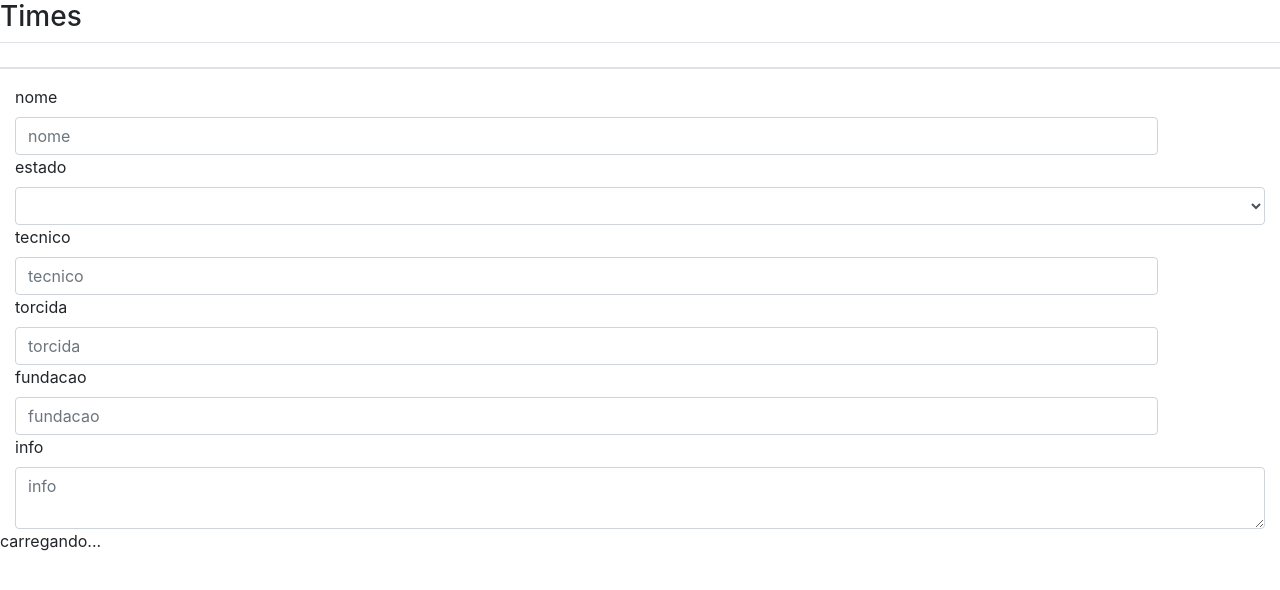
Repository: ecrseer/vuesheetpost
Page: /
The author's editor kept a copy of each file at every save. The page is drawn from the files as they stood at one save, then again after the next save.
The browser window is 1280 px wide. The pictures show the whole page.
The page's requests for data from a server got no answer. The project was rebuilt for these pictures with package versions that can differ from the ones it lists, and the page was loaded fresh each time. No one was signed in, and anything a server would have sent is missing. Also part of the build but not shown: vite.config.js, vue.config.js.

Above is the page before, as saved 2021-08-23 16:26:26.

### src/App.vue
<template>
  <main class="">
    <h3>Times</h3>
  <div>
    <!-- <table>
      <thead>
      <tr>
        <th>Nome</th>
        <th>Estado</th>
        <th>Torcida</th>
        <th>Ano</th>
        <th>info</th>
      </tr>
      </thead>
      <tbody>
      <tr v-for="(time, index) in times" v-bind:key="index">
        <td>{{ time.nome }}</td>
        <td>{{ time.estado }}</td>
        <td>{{ time.torcida }}</td>
        <td>{{ time.fundacao_ano }}</td>
        <td>{{ time.info }}</td>
        <td>
          <button @click="editar(time)">editar</button>
        </td>
        <td>
          <span v-if="carregando">carregando</span>
          <button v-else @click="apagar(time, index)">apagar</button>
        </td>
      </tr>
      </tbody>
    </table> -->
    <TabelaMarota v-bind:lista="times"
    v-on:edicao="editar"
    v-on:deletar="apagar"
    ></TabelaMarota>
  </div>


  <div>

    <Campo nome="nome" v-model="time.nome"></Campo>
    <CampoDropDown nome="estado" v-model="time.estado"
    :itens="estados"></CampoDropDown>
    <Campo nome="tecnico" v-model="time.tecnico"></Campo>
    <Campo nome="torcida" tipo="number" v-model="time.torcida"></Campo>
    <Campo nome="fundacao" tipo="number" v-model="time.fundacao_ano"></Campo>
    <CampoText tipo="texto" nome="info" v-model="time.info"></CampoText>

    <span v-if="carregando">carregando...</span>
    <button
    class="btn btn-success"
     v-else @click="salvar">salvar</button>
  </div>
  </main>

</template>


<script>
// todo:
// atualizar lista superior
// limpar campos depois de salvar
// estados como drop-down
// torcida tem q ser do tipo number
// fundacao do tipo number
// info tem q ser um textarea

// transformar a listagem de times em uma tabela
// excluir
// editar um time

import Campo from './components/Campo.vue'
import axios from 'axios'
import CampoDropDown from './components/CampoDropDown.vue'
import CampoText from './components/CampoText.vue'
import TabelaMarota from './components/TabelaMarota.vue'

let timeNovo = () => {
  return {
    'id': 'INCREMENT',
    'nome': '',
    'estado': '',
    'tecnico': '',
    'torcida': '',
    'fundacao_ano': '',
    'info': ''
  }
}

export default {
  components: {TabelaMarota, CampoText, CampoDropDown, Campo},
  data() {
    return {
      time: timeNovo(),
      times: [],
      carregando: true,
      editando: false,
      estados: [
        'RJ',
        'SP',
        'RS',
      ]
    }
  },
  methods: {
    salvar() {
      this.carregando = true
      if (this.editando) {
        axios.put(
            `https://sheetdb.io/api/v1/${import.meta.env.VITE_TABELA_GJ}/id/${this.time.id}`,
            {data: [this.time]}
        ).then(() => {
          Object.assign(this.editando, this.time)
          this.time = timeNovo()
          this.carregando = false
          this.editando = false
        })
      } else {
        axios.post(
            `https://sheetdb.io/api/v1/${import.meta.env.VITE_TABELA_GJ}`,
            {data: [this.time]}
        ).then(() => {
          this.times.push(this.time)
          this.time = timeNovo()
          this.carregando = false
        })
      }
    },
    apagar(time, index) {
      console.log(time)
      console.log(index)
      this.carregando = true
      axios.delete(`https://sheetdb.io/api/v1/${import.meta.env.VITE_TABELA_GJ}/id/${time.id}`).then(() => {
        this.times.splice(index, 1)
        this.carregando = false
      })
    },
    editar(time) {
      this.editando = time
      this.time = {...time}
    }
  },
  mounted() {
    this.carregando = true
    axios.get(`https://sheetdb.io/api/v1/${import.meta.env.VITE_TABELA_GJ}`).then(({data}) => {
      this.times = data
      this.carregando = false
    })
  }
}
</script>

<style>
@import "https://stackpath.bootstrapcdn.com/bootstrap/4.3.1/css/bootstrap.min.css";


</style>

### src/components/Campo.vue
<template>
  <div class="col-11">
    <label :for="nome" class="form-label">{{ nome }}</label>
    <input v-bind:type="tipocampo"
           class="form-control"
           :id="nome"
           :placeholder="nome"
           :value="modelValue"
           @input="$emit('update:modelValue', $event.target.value)">
  </div>
</template>

<script>
export default {
  name: 'Campo',
  emits: ['update:modelValue'],
  props: ['tipocampo' ,'nome', 'modelValue'],
  methods: {
    atualizar(){
      this.$emit('bombom')
    }
  }
}
</script>

<style scoped>
</style>

### src/components/CampoDropDown.vue
<template>
  <div class="col-12">
    <label :for="nome" class="form-label">{{ nome }}</label>
    <select
      class="form-control"
      :id="nome"
      :placeholder="nome"
      :value="modelValue"
      @input="$emit('update:modelValue', $event.target.value)">
      <option v-for="item in itens" :key="item" :value="item">{{ item }}</option>
    </select>
  </div>
</template>

<script>
export default {
  name: 'CampoDropDown',
  emits: ['update:modelValue'],
  props: ['nome', 'modelValue', 'itens'],
  methods: {
    atualizar() {
      this.$emit('bombom')
    }
  }
}
</script>

<style scoped>

</style>

### src/components/CampoText.vue
<template>
  <div class="col-12">
    <label :for="nome" class="form-label">{{ nome }}</label>
    <textarea
      class="form-control"
      :id="nome"
      :placeholder="nome"
      :value="modelValue"
      @input="$emit('update:modelValue', $event.target.value)">
    </textarea>
  </div>
</template>

<script>
export default {
  name: 'CampoText',
  emits: ['update:modelValue'],
  props: ['nome', 'modelValue'],
  methods: {
    atualizar() {
      this.$emit('bombom')
    }
  }
}
</script>

<style scoped>

</style>

### src/components/TabelaMarota.vue
<template>
  <table class="table table-hover" v-bind:class="table-hover">

    <thead>

    <tr >
      <th  scope="col"
      v-for="(atributo,key) in lista[0]" v-bind:key="key">
        {{ key }}</th>
      <th scope="col"></th>
      <th scope="col"></th>
    </tr>
    </thead>
    <tbody>
    <tr v-for="item in lista" v-bind:key="item">
      <td v-for="(atributo,key) in item" v-bind:key="key">
        {{ atributo }}
      </td>
      <!-- iterou por todos atributos de um item só -->
       <td>
          <button
          class="btn btn-primary"
           @click="handleItemSelecionado('edicao',item)">editar</button>
        </td>
        <td>
          <div
          class="alert alert-primary"
          v-if="carregando">carregando</div>
          <button v-else
          class="btn btn-danger"
          @click="handleItemSelecionado('deletar',[time, index])">apagar</button>
        </td>
    </tr>
    </tbody>
  </table>
  <!--
    as funcoes editar/apagar deveriam estar aqui?
     estado DropDown nao carrega ao editar no outro proj
   -->
</template>

<script>
export default {
  name: 'TabelaMarota',
  props:['lista'],
  methods:{
    handleItemSelecionado(acao,params){
        if(acao==='edicao'){
          this.$emit('edicao',params)
        }
        if(acao==='apagar'){
          this.$emit('deletar',...params)
        }
    }
  }
}
</script>

Loaded but not shown: index.html (common file); src/main.js (common file)

After the next save:
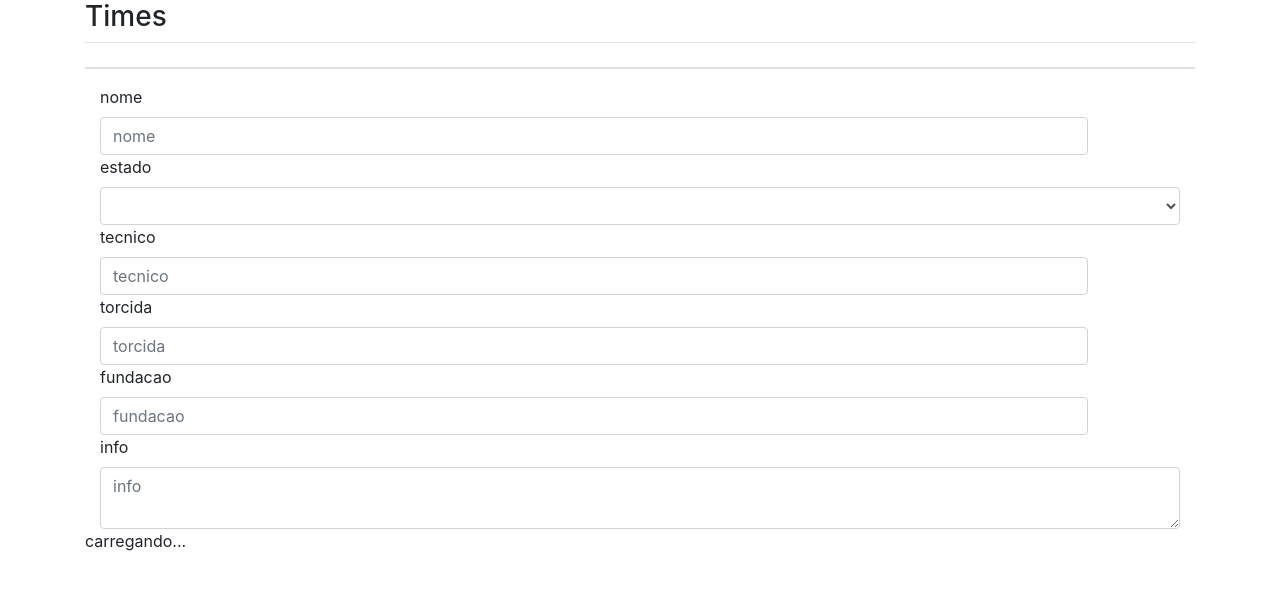
Saved 52 s later.
--- a/src/App.vue
+++ b/src/App.vue
@@ -1,7 +1,7 @@
 <template>
-  <main class="">
+  <main class="container">
     <h3>Times</h3>
-  <div>
+  <div >
     <!-- <table>
       <thead>
       <tr>
